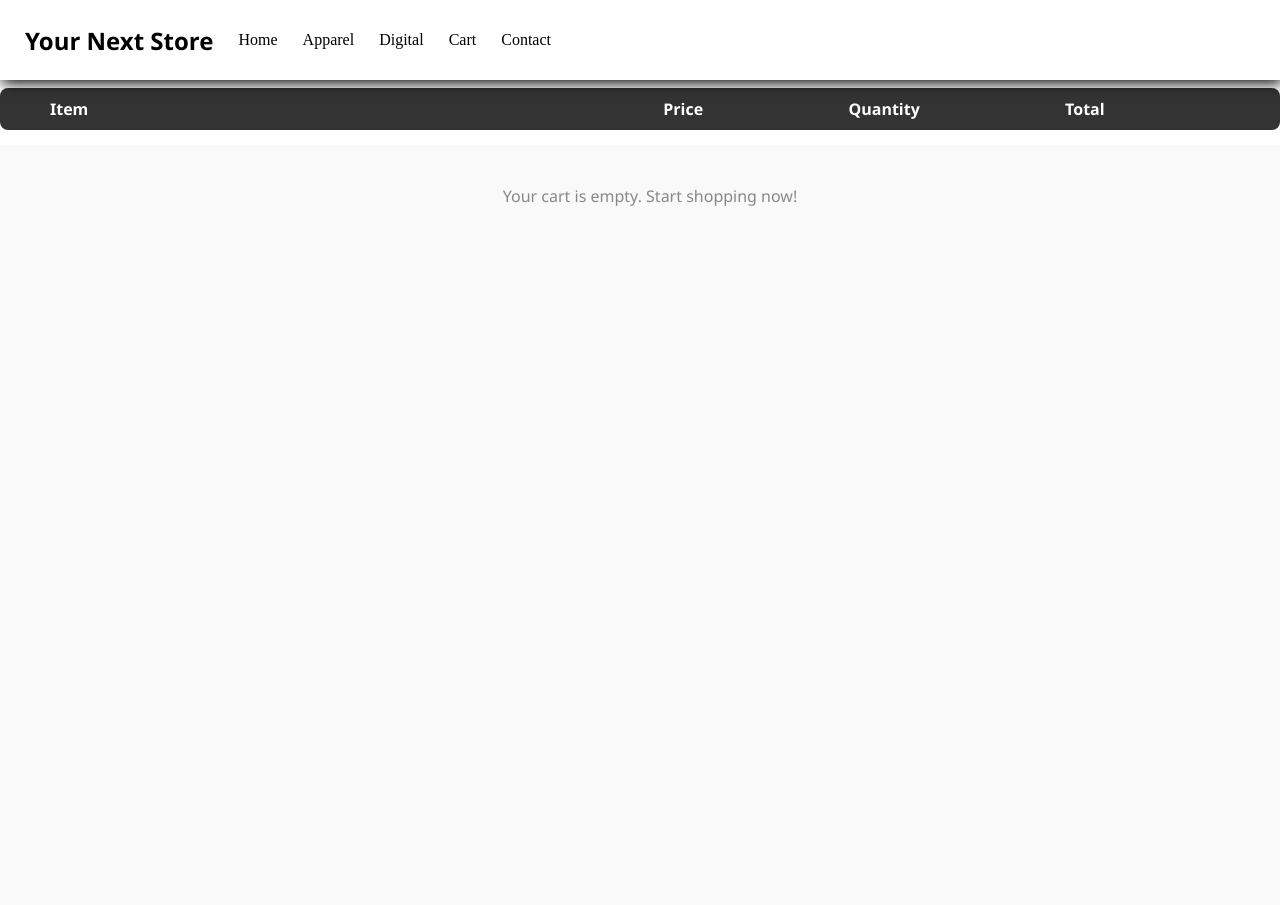
Repository: Sharathguru/React_Project1
Page: /cart
These files come from the project's save history. The page is drawn as it stood at one moment and after the next save; the edit follows.
The browser window is 1280 px wide. The pictures show the whole page.
The project was rebuilt for these pictures with package versions that can differ from the ones it lists, and the page was loaded fresh each time. Also part of the build but not shown: vite.config.js, src/Component/Main/Main1.jsx, src/Component/Main/Cloud.jsx, src/Component/Home.jsx, src/Component/NavbarComponent/Apparel.jsx, src/Component/NavbarComponent/Digital.jsx, src/Component/Contact.jsx, src/Component/Main/Signup.jsx and 3 more.

Above is the page before, as saved 2025-01-17 11:09:04.

After the next save:
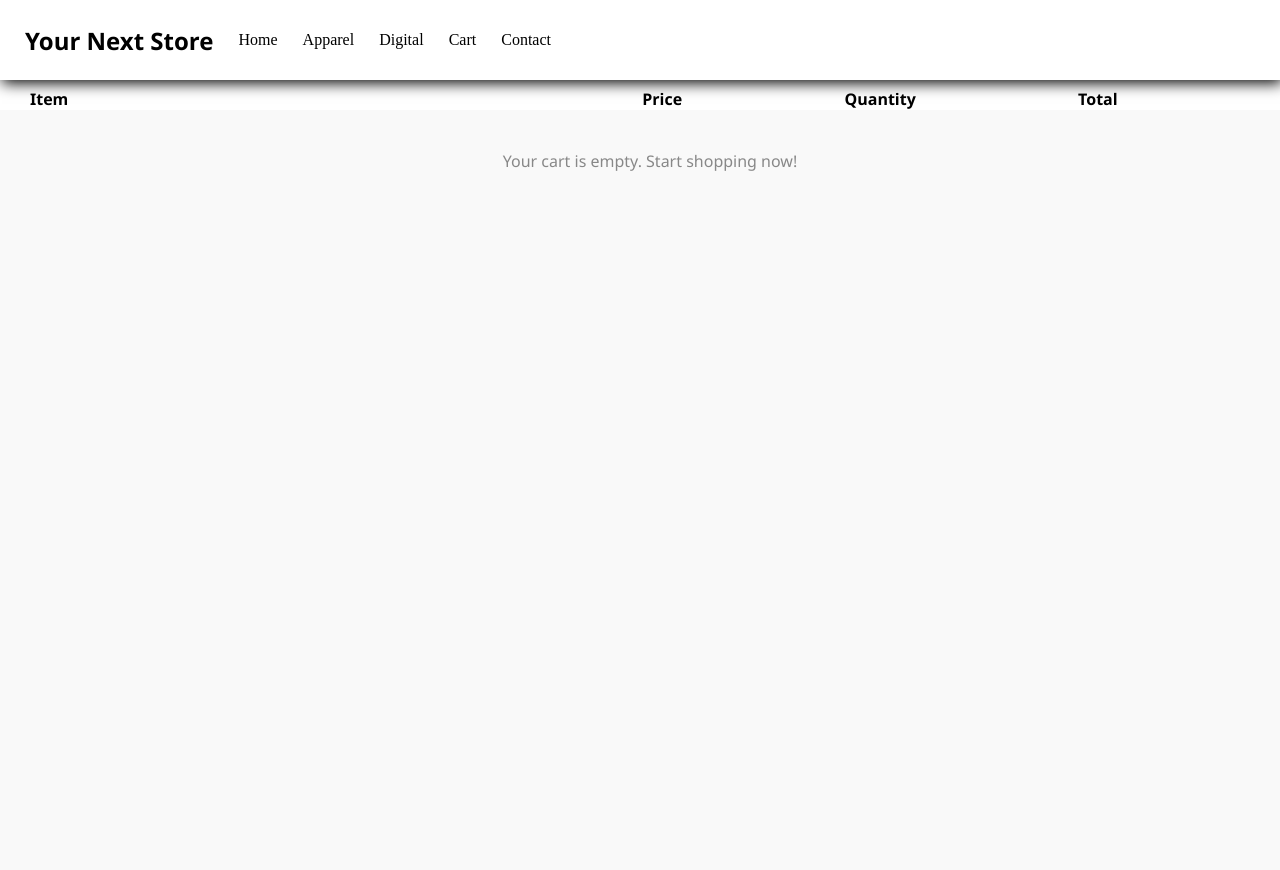
Saved 4 s later.
--- a/src/App.css
+++ b/src/App.css
@@ -595,7 +595,7 @@ button[type="submit"]:hover {
 .cart-item img {
   width: 100px;
   height: 100px;
-  object-fit: cover;
+  /* object-fit: cover; */
   border-radius: 8px;
 }
 
@@ -606,64 +606,15 @@ button[type="submit"]:hover {
 
 .cart-item-details h2 {
   font-size: 1.2rem;
-  color: #fff;
-  margin-bottom: 5px;
+  color: #333;
 }
 
 .cart-item-details p {
+  padding-right: 100px;
   font-size: 1rem;
-  color: #f3f3f3;
-  margin-bottom: 10px;
-}
-
-#cart-item-navbar {
-  display: flex;
-  justify-content: space-between;
-  padding: 10px 30px;
-  background-color: #333;
-  color: #fff;
-  border-radius: 8px;
-  margin-bottom: 15px;
-}
-
-#cart-item-navbar > div:first-child {
-  padding-left: 20px;
-}
-
-#cart-tem-all {
-  display: flex;
-  justify-content: space-evenly;
-  width: 60%;
-}
-
-#incanddes {
-  display: flex;
-  align-items: center;
-  gap: 10px;
-}
-
-#incanddes input {
-  width: 30px;
-  height: 30px;
-  text-align: center;
-  border: 1px solid #ccc;
-  border-radius: 4px;
-  cursor: pointer;
-  font-size: 1rem;
-}
-
-#incanddes input:hover {
-  background-color: #fff;
-  color: #000;
-}
-
-#incanddes h5 {
-  margin: 0;
-  font-size: 1rem;
-  color: #fff;
-}
-
-/* Buttons */
+  color: #555;
+}
+
 .remove-button {
   background-color: #ff4d4d;
   color: white;
@@ -701,7 +652,31 @@ button[type="submit"]:hover {
   color: #888;
   margin-top: 20px;
 }
-
+#cart-item-navbar
+{
+  display: flex;
+  justify-content: space-between;
+}
+#cart-item-navbar>div:nth-child(1)
+{
+padding-left: 30px;
+}
+#cart-tem-all
+{
+  width: 800px;
+  display: flex;
+  justify-content: space-evenly;
+}
+#incanddes
+{
+  position: relative;
+  left: 680px;
+  bottom: 20px;
+}
+#incanddes h5
+{
+  display: inline;
+}
 
 
 
